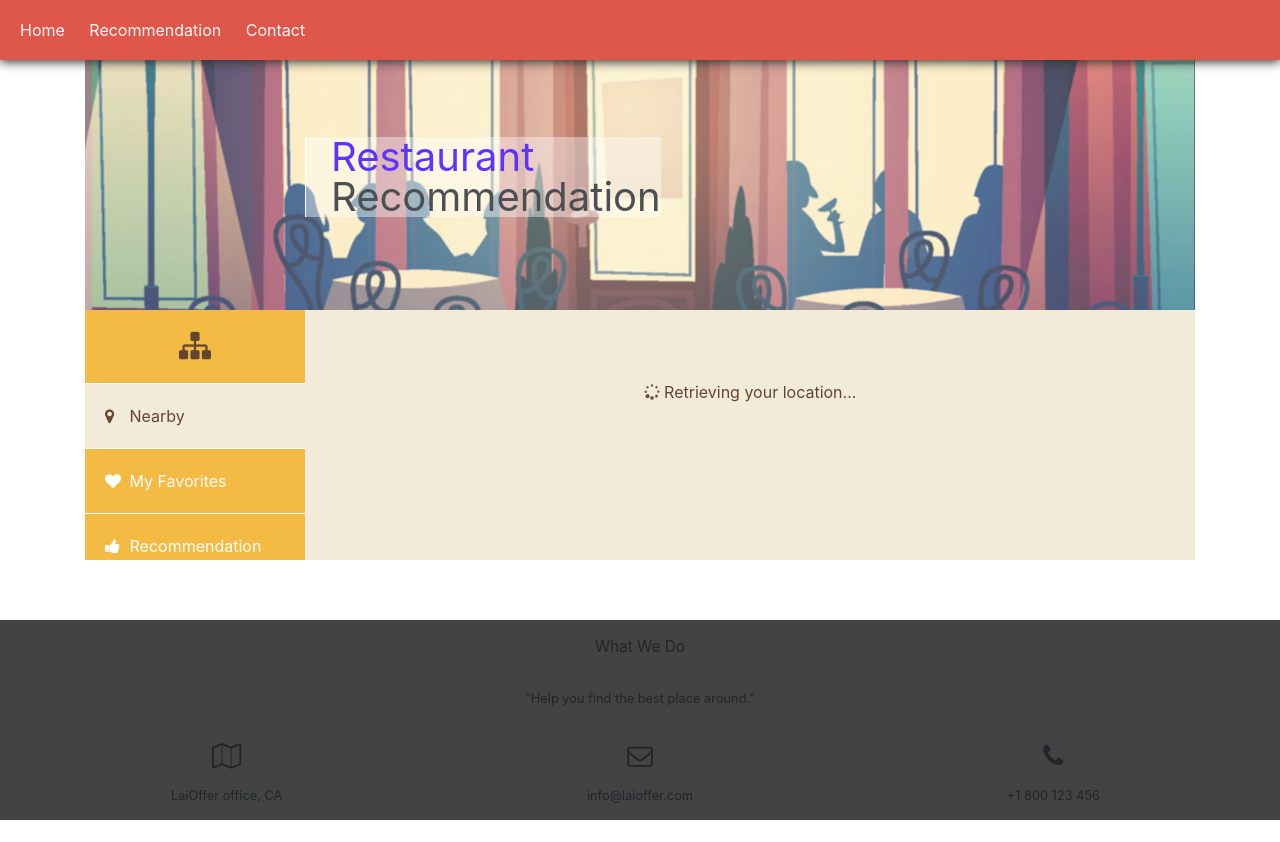
Repository: bchenSyr/restaurant-recommend
Page: http://localhost/YelpRecommend/
The author's editor kept a copy of each file at every save. The page is drawn from the files as they stood at one save, then again after the next save.
The browser window is 1280 px wide. The pictures show the whole page.
Some web libraries are served in a nearby version. The page is served by Tomcat 9. Other server files are loaded and not shown.

Above is the page before, as saved 2018-09-17 06:03:10.

### YelpRecommend/WebContent/index.html
<!DOCTYPE html>
<html>
<head>
    <!-- Required meta tags always come first -->
    <meta charset="UTF-8">
    <meta name="description" content="Item Recommendation">
    <meta name="author" content="Your Name">

    <!-- Bootstrap CSS -->
    <link rel="stylesheet" href="styles/main.css">
    <link href='https://fonts.googleapis.com/css?family=Open+Sans:400,300,700' rel='stylesheet' type='text/css'>
    <link rel="stylesheet" href="https://maxcdn.bootstrapcdn.com/font-awesome/4.5.0/css/font-awesome.min.css">
    <link rel="stylesheet" href="https://stackpath.bootstrapcdn.com/bootstrap/4.1.3/css/bootstrap.min.css" integrity="sha384-MCw98/SFnGE8fJT3GXwEOngsV7Zt27NXFoaoApmYm81iuXoPkFOJwJ8ERdknLPMO" crossorigin="anonymous">

    <title>Item Recommendation Final</title>
</head>
<body>
   <header class="top-header">
    <nav class="top-nav">
      <a href="#">Home</a>
      <a href="./home.html">Recommendation</a>
      <a href="#">Contact</a>
    </nav>

<!--      <span id="welcome-msg"></span>
     <i id="avatar" class="avatar fa fa-user fa-2x"></i> -->

  </header>

  <div class="container">
    <header>
      <p>
        <span>Restaurant</span>
        <br /> Recommendation
      </p>
    </header>

    <section class="main-section">
      <aside id="item-nav">
        <div class="nav-icon">
          <i class="fa fa-sitemap fa-2x"></i>
        </div>
        <nav class="main-nav">
          <a href="#" id="nearby-btn" class="main-nav-btn active">
            <i class="fa fa-map-marker"></i> Nearby
          </a>
          <a href="#" id="fav-btn" class="main-nav-btn">
            <i class="fa fa-heart"></i> My Favorites
          </a>
          <a href="#" id="recommend-btn" class="main-nav-btn">
            <i class="fa fa-thumbs-up"></i> Recommendation
          </a>
        </nav>
      </aside>

      <ul id="item-list">
        <li class="item">
          <img alt="item image" src="https://s3-media3.fl.yelpcdn.com/bphoto/EmBj4qlyQaGd9Q4oXEhEeQ/ms.jpg" />
          <div>
            <a class="item-name" href="#">Item</a>
            <p class="item-category">Vegetarian</p>
            <div class="stars">
              <i class="fa fa-star"></i>
              <i class="fa fa-star"></i>
              <i class="fa fa-star"></i>
            </div>
          </div>
          <p class="item-address">699 Calderon Ave<br/>Mountain View<br/> CA</p>
          <div class="fav-link">
            <i class="fa fa-heart"></i>
          </div>
        </li>
      </ul>
    </section>
  </div>

  <footer>
    <p class="title">What We Do</p>
    <p>"Help you find the best place around."</p>
    <ul>
      <li>
        <p><i class="fa fa-map-o fa-2x"></i></p>
        <p>LaiOffer office, CA</p>
      </li>
      <li>
        <p><i class="fa fa-envelope-o fa-2x"></i></p>
        <p>info@laioffer.com</p>
      </li>
      <li>
        <p><i class="fa fa-phone fa-2x"></i></p>
        <p>+1 800 123 456</p>
      </li>
    </ul>
  </footer>

  <script src="https://rawgit.com/emn178/js-md5/master/build/md5.min.js"></script>
  <!-- <script src="scripts/mock.js"></script> -->

  <!-- Bootstrap -->
  <script src="https://code.jquery.com/jquery-3.3.1.slim.min.js" integrity="sha384-q8i/X+965DzO0rT7abK41JStQIAqVgRVzpbzo5smXKp4YfRvH+8abtTE1Pi6jizo" crossorigin="anonymous"></script>
  <script src="https://cdnjs.cloudflare.com/ajax/libs/popper.js/1.14.3/umd/popper.min.js" integrity="sha384-ZMP7rVo3mIykV+2+9J3UJ46jBk0WLaUAdn689aCwoqbBJiSnjAK/l8WvCWPIPm49" crossorigin="anonymous"></script>
  <script src="https://stackpath.bootstrapcdn.com/bootstrap/4.1.3/js/bootstrap.min.js" integrity="sha384-ChfqqxuZUCnJSK3+MXmPNIyE6ZbWh2IMqE241rYiqJxyMiZ6OW/JmZQ5stwEULTy" crossorigin="anonymous"></script>

  <script src="scripts/main.js"></script>

</body>
</html>

### YelpRecommend/WebContent/styles/main.css
* {
	box-sizing: border-box;
	margin: 0;
	padding: 0;
}

body {
	background: #434343;
	color: #FFFFFF;
	font-family: 'Open Sans', sans-serif;
	font-weight: 300;
	font-size: 0.9em;
}

ul {
	list-style: none;
}

/**
 * top header
 */
.top-header {
	align-items: center;
	background: #DF574B;
	box-shadow: 0px 2px 10px #333333;
	display: flex;
	height: 60px;
	position: fixed;
	top: 0;
	width: 100%;
	z-index: 1;
}

.avatar {
	background: #FFFFFF;
	border-radius: 50%;
	color: #333C4D;
	height: 40px;
	margin-right: 20px;
	padding-left: 9px;
	padding-top: 5px;
	width: 40px;
}

/**
 * top navigation
 */
.top-nav {
	flex: 1;
}

 .top-nav a {
	color: #F9F9F9;
	font-weight: 400;
	margin-left: 20px;
	text-decoration: none;
}

#welcome-msg {
	border-right: 1px solid #FFFFFF;
	padding-right: 10px;
}

/**
 * main container
 */
.container {
	margin: 60px auto;
	max-width: 1000px;
	min-width: 600px;
}

/**
 * main header
 */
.container>header {
	opacity:0.8;
	align-items: center;
	background:
		/* url('http://prophoto.com.cy/wp-content/galleries/food/food-restaurant-photographer-cyprus-10.jpg') */
		url('../img/background-photo.png')
		no-repeat 50% 50%;
	background-size: 100%;
	display: flex;
	height: 250px;
}

.container>header p {
	background-color: rgba(255, 255, 255, 0.4);
	border-left: 1px solid #FFFFFF;
	font-weight: 400;
	font-size: 2.5em;
	line-height: 1em;
	margin-left: 220px;
	padding-left: 25px;
}

.container>header span {
	/* color: #FBAF41; */
	color: #3700ff;
}

/**
 * main section
 */
.main-section {
	background: #F3BB43;
}

/**
 * aside
 */
#item-nav {
	float: left;
	width: 220px;
}

.nav-icon {
	color: #624630;
	padding: 20px;
	text-align: center;
}

/**
 * main navigation
 */
.main-nav-btn {
	background: none;
	border-top: 1px solid #FFFFFF;
	color: #FFFFFF;
	display: block;
	padding: 20px;
	text-align: left;
	text-decoration: none;
}

.main-nav-btn:hover {
	background: rgba(255, 255, 255, 0.8);
	color: #624630;
}

.main-nav-btn.active {
	background: #F2EBD9;
	color: #624630;
}

.main-nav-btn i {
	width: 20px;
}

/**
 * item list
 */
#item-list {
	background: #F2EBD9;
	color: #624630;
	list-style: none;
	margin-left: 220px;
	min-height: 250px;
	padding: 10px;
}

#item-list .notice {
	font-size: 16px;
	padding: 60px;
	text-align: center;
}

/**
 * item
 */
.item {
	align-items: center;
	border-bottom: 1px solid #FFFFFF;
	display: flex;
	margin: 10px;
	padding: 15px;
	transition: background-color 100ms linear;
}

.item:last-child {
	border: none;
}

.item:hover {
	background: rgba(255, 255, 255, 0.8);
	transition: background-color 100ms linear;
}

.item img {
	border: 1px solid #FFFFFF;
	height: 80px;
	width: 80px;
}

.item>div:first-of-type {
	flex: 1;
	margin-left: 10px;
	margin-right: 10px;
}

.item-name {
	color: #624630;
	font-weight: 400;
	text-decoration: none;
}

.item-name:hover {
	text-decoration: underline;
}

.item-address {
	line-height: 20px;
	padding-right: 20px;
	text-align: right;
}

.stars {
	align-items: center;
	display: flex;
	padding-top: 10px;
}

.fav-link {
	border-left: 1px solid #FFFFFF;
	cursor: pointer;
	line-height: 60px;
	text-align: center;
	width: 60px;
}

.fav-link:hover {
	color: #F13F3F;
}

/**
 * footer section
 */
footer {
	background: #434343;
	font-size: 0.8em;
	height: 200px;
	position: relative;
}

footer p {
	text-align: center;
}

footer p.title {
	font-size: 1.2em;
	padding: 15px;
}

footer ul {
	align-items: center;
	display: flex;
	padding: 20px;
}

footer ul li {
	flex: 1;
}

### YelpRecommend/WebContent/scripts/main.js
(function() {

    /**
     * Variables
     */
    var user_id = '1111';
    var user_fullname = 'Welcome';
    var lng = -122.08;
    var lat = 37.38;

    /**
     * Initialize
     */
    function init() {
        // Register event listeners
        $('nearby-btn').addEventListener('click', loadNearbyItems);
        $('fav-btn').addEventListener('click', loadFavoriteItems);
        $('recommend-btn').addEventListener('click', loadRecommendedItems);

//        var welcomeMsg = $('welcome-msg');
//        welcomeMsg.innerHTML = 'Welcome';
        initGeoLocation();
    }

    function initGeoLocation() {
        if (navigator.geolocation) {
            navigator.geolocation.getCurrentPosition(onPositionUpdated,
                onLoadPositionFailed, {
                    maximumAge: 60000
                });
            showLoadingMessage('Retrieving your location...');
        } else {
            onLoadPositionFailed();
        }
    }

    function onPositionUpdated(position) {
        lat = position.coords.latitude;
        lng = position.coords.longitude;

        loadNearbyItems();
    }

    function onLoadPositionFailed() {
        console.warn('navigator.geolocation is not available');
        getLocationFromIP();
    }

    function getLocationFromIP() {
        // Get location from http://ipinfo.io/json
        var url = 'http://ipinfo.io/json'
        var req = null;
        ajax('GET', url, req, function(res) {
            var result = JSON.parse(res);
            if ('loc' in result) {
                var loc = result.loc.split(',');
                lat = loc[0];
                lng = loc[1];
            } else {
                console.warn('Getting location by IP failed.');
            }
            loadNearbyItems();
        });
    }

    // -----------------------------------
    // Helper Functions
    // -----------------------------------

    /**
     * A helper function that makes a navigation button active
     *
     * @param btnId -
     *            The id of the navigation button
     */
    function activeBtn(btnId) {
        var btns = document.getElementsByClassName('main-nav-btn');

        // deactivate all navigation buttons
        for (var i = 0; i < btns.length; i++) {
            btns[i].className = btns[i].className.replace(/\bactive\b/, '');
        }

        // active the one that has id = btnId
        var btn = $(btnId);
        btn.className += ' active';
    }

    function showLoadingMessage(msg) {
        var itemList = $('item-list');
        itemList.innerHTML = '<p class="notice"><i class="fa fa-spinner fa-spin"></i> ' +
            msg + '</p>';
    }

    function showWarningMessage(msg) {
        var itemList = $('item-list');
        itemList.innerHTML = '<p class="notice"><i class="fa fa-exclamation-triangle"></i> ' +
            msg + '</p>';
    }

    function showErrorMessage(msg) {
        var itemList = $('item-list');
        itemList.innerHTML = '<p class="notice"><i class="fa fa-exclamation-circle"></i> ' +
            msg + '</p>';
    }

    /**
     * A helper function that creates a DOM element <tag options...>
     *
     * @param tag
     * @param options
     * @returns
     */
    function $(tag, options) {
        if (!options) {
            return document.getElementById(tag);
        }

        var element = document.createElement(tag);

        for (var option in options) {
            if (options.hasOwnProperty(option)) {
                element[option] = options[option];
            }
        }

        return element;
    }

    function hideElement(element) {
        element.style.display = 'none';
    }

    function showElement(element, style) {
        var displayStyle = style ? style : 'block';
        element.style.display = displayStyle;
    }

    /**
     * AJAX helper
     *
     * @param method -
     *            GET|POST|PUT|DELETE
     * @param url -
     *            API end point
     * @param callback -
     *            This the successful callback
     * @param errorHandler -
     *            This is the failed callback
     */
    function ajax(method, url, data, callback, errorHandler) {
        var xhr = new XMLHttpRequest();

        xhr.open(method, url, true);

        xhr.onload = function() {
        	if (xhr.status === 200) {
        		callback(xhr.responseText);
        	} else {
        		errorHandler();
        	}
        };

        xhr.onerror = function() {
            console.error("The request couldn't be completed.");
            errorHandler();
        };

        if (data === null) {
            xhr.send();
        } else {
            xhr.setRequestHeader("Content-Type",
                "application/json;charset=utf-8");
            xhr.send(data);
        }
    }

    // -------------------------------------
    // AJAX call server-side APIs
    // -------------------------------------

    /**
     * API #1 Load the nearby items API end point: [GET]
     * /Dashi/search?user_id=1111&lat=37.38&lon=-122.08
     */
    function loadNearbyItems() {
        console.log('loadNearbyItems');
        activeBtn('nearby-btn');

        // The request parameters
        var url = './search';
        var params = 'user_id=' + user_id + '&lat=' + lat + '&lon=' + lng;
        var req = JSON.stringify({});

        // display loading message
        showLoadingMessage('Loading nearby items...');

        // make AJAX call
        ajax('GET', url + '?' + params, req,
            // successful callback
            function(res) {
                var items = JSON.parse(res);
                if (!items || items.length === 0) {
                    showWarningMessage('No nearby item.');
                } else {
                    listItems(items);
                }
            },
            // failed callback
            function() {
                showErrorMessage('Cannot load nearby items.');
            });
    }

    /**
     * API #2 Load favorite (or visited) items API end point: [GET]
     * /Dashi/history?user_id=1111
     */
    function loadFavoriteItems() {
        activeBtn('fav-btn');

        // The request parameters
        var url = './history';
        var params = 'user_id=' + user_id;
        var req = JSON.stringify({});

        // display loading message
        showLoadingMessage('Loading favorite items...');

        // make AJAX call
        ajax('GET', url + '?' + params, req, function(res) {
            var items = JSON.parse(res);
            if (!items || items.length === 0) {
                showWarningMessage('No favorite item.');
            } else {
                listItems(items);
            }
        }, function() {
            showErrorMessage('Cannot load favorite items.');
        });
    }

    /**
     * API #3 Load recommended items API end point: [GET]
     * /Dashi/recommendation?user_id=1111
     */
    function loadRecommendedItems() {
        activeBtn('recommend-btn');

        // The request parameters
        var url = './recommendation';
        var params = 'user_id=' + user_id + '&lat=' + lat + '&lon=' + lng;

        var req = JSON.stringify({});

        // display loading message
        showLoadingMessage('Loading recommended items...');

        // make AJAX call
        ajax(
            'GET',
            url + '?' + params,
            req,
            // successful callback
            function(res) {
                var items = JSON.parse(res);
                if (!items || items.length === 0) {
                    showWarningMessage('No recommended item. Make sure you have favorites.');
                } else {
                    listItems(items);
                }
            },
            // failed callback
            function() {
                showErrorMessage('Cannot load recommended items.');
            });
    }

    /**
     * API #4 Toggle favorite (or visited) items
     *
     * @param item_id -
     *            The item business id
     *
     * API end point: [POST]/[DELETE] /Dashi/history request json data: {
     * user_id: 1111, visited: [a_list_of_business_ids] }
     */
    function changeFavoriteItem(item_id) {
        // Check whether this item has been visited or not
        var li = $('item-' + item_id);
        var favIcon = $('fav-icon-' + item_id);
        var favorite = li.dataset.favorite !== 'true';

        // The request parameters
        var url = './history';
        var req = JSON.stringify({
            user_id: user_id,
            favorite: [item_id]
        });
        var method = favorite ? 'POST' : 'DELETE';

        ajax(method, url, req,
            // successful callback
            function(res) {
                var result = JSON.parse(res);
                if (result.result === 'SUCCESS') {
                    li.dataset.favorite = favorite;
                    favIcon.className = favorite ? 'fa fa-heart' : 'fa fa-heart-o';
                }
            });
    }

    // -------------------------------------
    // Create item list
    // -------------------------------------

    /**
     * List items
     *
     * @param items -
     *            An array of item JSON objects
     */
    function listItems(items) {
        // Clear the current results
        var itemList = $('item-list');
        itemList.innerHTML = '';

        for (var i = 0; i < items.length; i++) {
            addItem(itemList, items[i]);
        }
    }

    /**
     * Add item to the list
     *
     * @param itemList -
     *            The
     *            <ul id="item-list">
     *            tag
     * @param item -
     *            The item data (JSON object)
     */
    function addItem(itemList, item) {
        var item_id = item.item_id;

        // create the <li> tag and specify the id and class attributes
        var li = $('li', {
            id: 'item-' + item_id,
            className: 'item'
        });

        // set the data attribute
        li.dataset.item_id = item_id;
        li.dataset.favorite = item.favorite;

        // item image
        if (item.image_url) {
            li.appendChild($('img', {
                src: item.image_url
            }));
        } else {
            li.appendChild($(
                'img', {
                    src: 'https://assets-cdn.github.com/images/modules/logos_page/GitHub-Mark.png'
                }))
        }
        // section
        var section = $('div', {});

        // title
        var title = $('a', {
            href: item.url,
            target: '_blank',
            className: 'item-name'
        });
        title.innerHTML = item.name;
        section.appendChild(title);

        // category
        var category = $('p', {
            className: 'item-category'
        });
        category.innerHTML = 'Category: ' + item.categories.join(', ');
        section.appendChild(category);

        // TODO(vincent). here we might have a problem showing 3.5 as 3.
        // stars
        var stars = $('div', {
            className: 'stars'
        });

        for (var i = 0; i < item.rating; i++) {
            var star = $('i', {
                className: 'fa fa-star'
            });
            stars.appendChild(star);
        }

        if (('' + item.rating).match(/\.5$/)) {
            stars.appendChild($('i', {
                className: 'fa fa-star-half-o'
            }));
        }

        section.appendChild(stars);

        li.appendChild(section);

        // address
        var address = $('p', {
            className: 'item-address'
        });

        address.innerHTML = item.address.replace(/,/g, '<br/>').replace(/\"/g,
            '');
        li.appendChild(address);

        // favorite link
        var favLink = $('p', {
            className: 'fav-link'
        });

        favLink.onclick = function() {
            changeFavoriteItem(item_id);
        };

        favLink.appendChild($('i', {
            id: 'fav-icon-' + item_id,
            className: item.favorite ? 'fa fa-heart' : 'fa fa-heart-o'
        }));

        li.appendChild(favLink);

        itemList.appendChild(li);
    }

    init();

})();

After the next save:
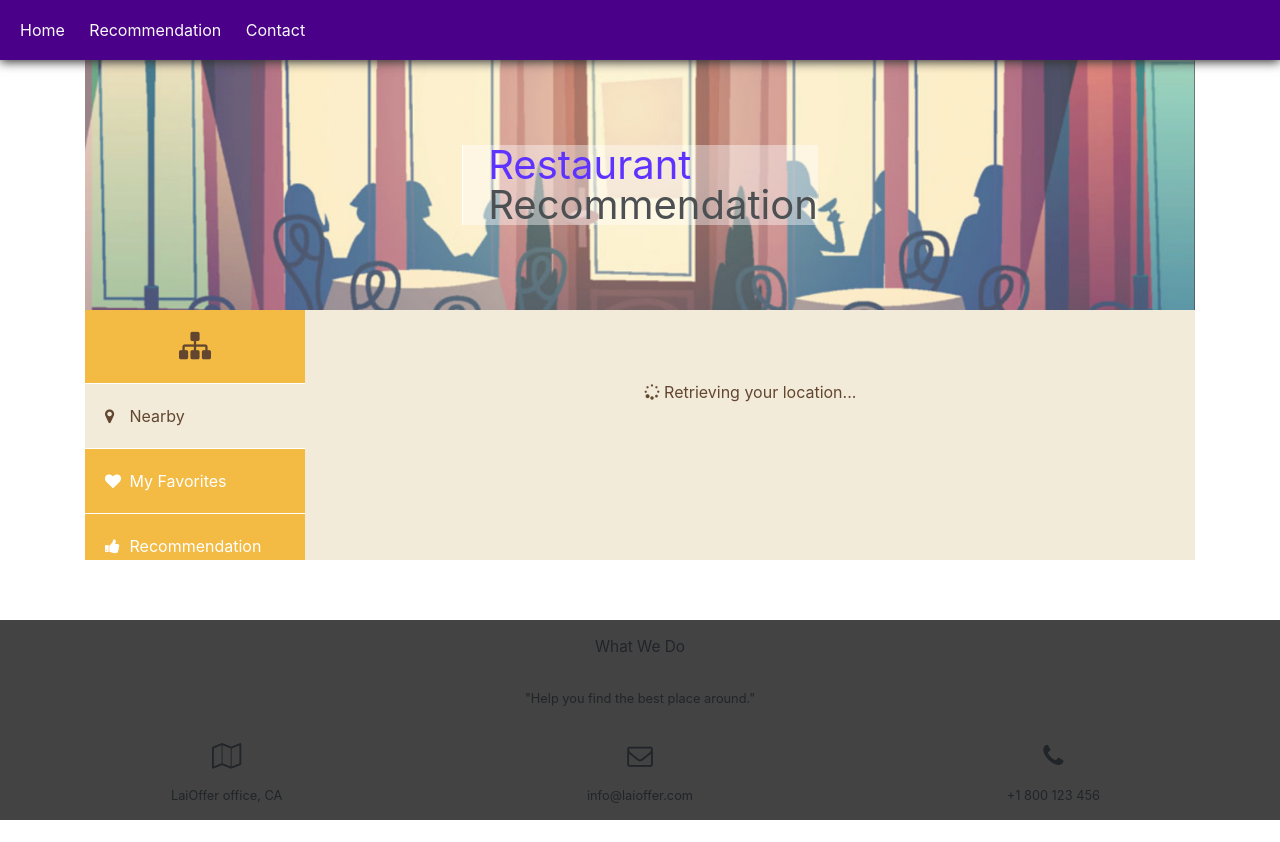
Saved 6 min 33 s later.
--- a/YelpRecommend/WebContent/styles/main.css
+++ b/YelpRecommend/WebContent/styles/main.css
@@ -21,7 +21,8 @@ ul {
  */
 .top-header {
 	align-items: center;
-	background: #DF574B;
+	/* background: #DF574B; */
+	background: #4a0088;
 	box-shadow: 0px 2px 10px #333333;
 	display: flex;
 	height: 60px;
@@ -91,7 +92,8 @@ ul {
 	font-weight: 400;
 	font-size: 2.5em;
 	line-height: 1em;
-	margin-left: 220px;
+	/* margin-left: 220px; */
+	margin: auto;
 	padding-left: 25px;
 }
 
